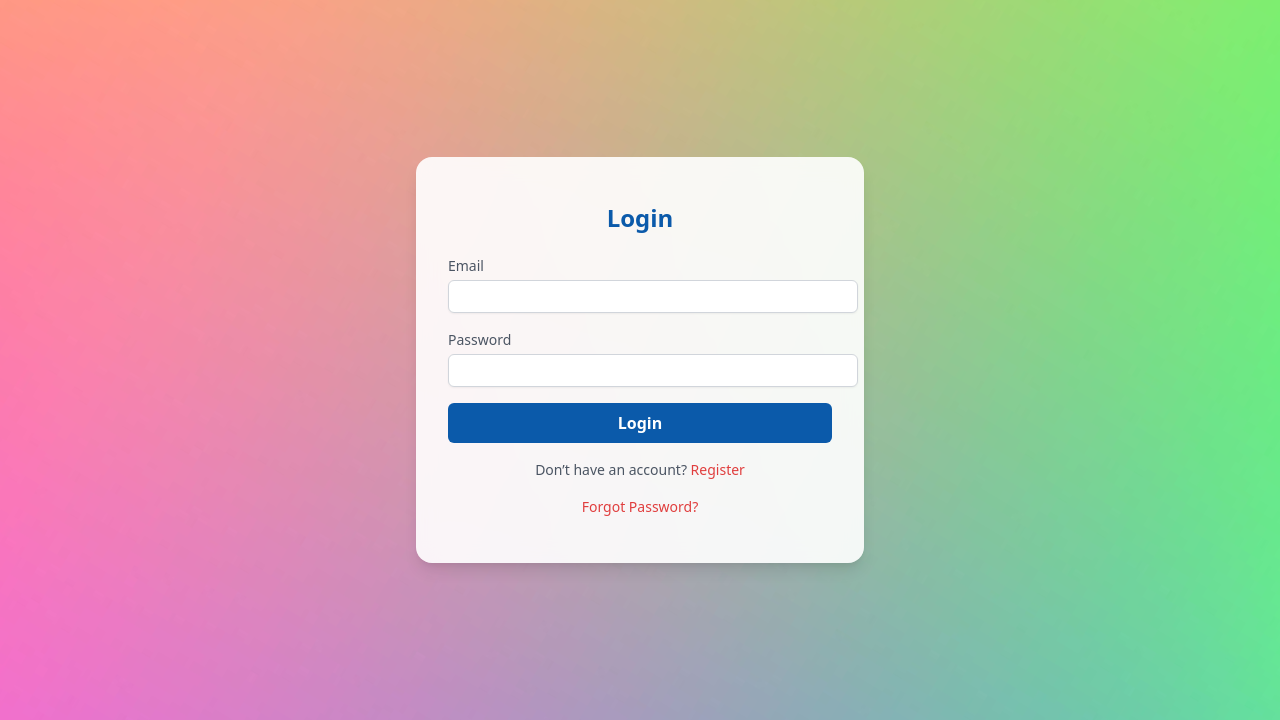
Repository: LoneHeroOne/SmartRecruit
Page: / (app in frontend/)
The author's editor kept a copy of each file at every save. The page is drawn from the files as they stood at one save, then again after the next save.
The browser window is 1280 px wide. The pictures show the whole page.
The project was rebuilt for these pictures with package versions that can differ from the ones it lists, and the page was loaded fresh each time. Also part of the build but not shown: frontend/vite.config.ts, frontend/src/Pages/Register.tsx, frontend/src/Pages/ForgotPassword.tsx.

Above is the page before, as saved 2025-09-30 18:21:45.

### frontend/src/App.tsx
import { BrowserRouter, Routes, Route } from 'react-router-dom'
import Login from './Pages/Login'
import Register from './Pages/Register'
import ForgotPassword from './Pages/ForgotPassword'

function App() {
  return (
    <BrowserRouter>
      <Routes>
        <Route path="/" element={<Login />} />
        <Route path="/register" element={<Register />} />
        <Route path="/forgot-password" element={<ForgotPassword />} />
        <Route path="/internships" element={<div>Internships Page</div>} />
      </Routes>
    </BrowserRouter>
  )
}

export default App

### frontend/src/Pages/Login.tsx
import { useState } from "react";
import { useNavigate } from "react-router-dom";
import BackgroundAnimation from "../components/common/BackgroundAnimation";
import {login} from "../Services/authService";
import "./Login.css";

export default function Login() {
  const navigate = useNavigate();
  const [form, setForm] = useState({ email: "", password: "" });
  const [loading, setLoading] = useState(false);
  const [error, setError] = useState("");

  const handleChange = (e: React.ChangeEvent<HTMLInputElement>) => {
    setForm({ ...form, [e.target.name]: e.target.value });
  };

  const handleSubmit = async (e: React.FormEvent<HTMLFormElement>) => {
    e.preventDefault();
    setError("");
    setLoading(true);

    try {
      const res = await login(form);
      localStorage.setItem("token", res.data.access_token);
      navigate("/internships"); // redirect after login
    } catch (err) {
      setError("Invalid email or password");
    } finally {
      setLoading(false);
    }
  };

  return (
    <div className="login-container">
      <BackgroundAnimation />
      <div className="login-card">
        <h1 className="login-title">
          Login
        </h1>

        {error && (
          <div className="error-message">{error}</div>
        )}

        <form onSubmit={handleSubmit} className="login-form">
          {/* Email */}
          <div>
            <label
              htmlFor="email"
              className="form-label"
            >
              Email
            </label>
            <input
              type="email"
              name="email"
              value={form.email}
              onChange={handleChange}
              required
              className="form-input"
            />
          </div>

          {/* Password */}
          <div>
            <label
              htmlFor="password"
              className="form-label"
            >
              Password
            </label>
            <input
              type="password"
              name="password"
              value={form.password}
              onChange={handleChange}
              required
              className="form-input"
            />
          </div>

          {/* Submit */}
          <button
            type="submit"
            disabled={loading}
            className="submit-button"
          >
            {loading ? "Logging in..." : "Login"}
          </button>
        </form>

        <p className="register-prompt">
          Don’t have an account?{" "}
          <a
            href="/register"
            className="register-link"
          >
            Register
          </a>
        </p>

        <p className="register-prompt">
          <a
            href="/forgot-password"
            className="register-link"
          >
            Forgot Password?
          </a>
        </p>

      </div>
    </div>
  );
}

### frontend/src/components/common/BackgroundAnimation.tsx
// src/components/common/LottieBackground.tsx
import { useEffect, useRef } from "react";
import lottie, { AnimationItem } from "lottie-web";
import "./BackgroundAnimation.css";

type BackgroundAnimationProps = {
  /** Path to the Lottie JSON. Defaults to /animations/bg.json */
  src?: string;
  /** Optional: slow down animation (1 = normal). Defaults to 1. */
  speed?: number;
  /** Optional: extra class for custom theming */
  className?: string;
};

export default function BackgroundAnimation({
  src = "/animations/bg.json",
  speed = 1,
  className = "",
}: BackgroundAnimationProps) {
  const containerRef = useRef<HTMLDivElement | null>(null);

  useEffect(() => {
    const prefersReduced =
      typeof window !== "undefined" &&
      window.matchMedia &&
      window.matchMedia("(prefers-reduced-motion: reduce)").matches;

    let anim: AnimationItem | null = null;

    if (containerRef.current) {
      anim = lottie.loadAnimation({
        container: containerRef.current,
        renderer: "svg",
        loop: true,
        autoplay: !prefersReduced,
        path: src, // served from public/
        rendererSettings: {
          preserveAspectRatio: "xMidYMid slice",
          progressiveLoad: true,
          hideOnTransparent: true,
        },
      });

      anim.setSpeed(Math.max(0.1, speed));

      // Pause when tab is not visible to save CPU
      const onVisibility = () => {
        if (!anim) return;
        if (document.hidden) anim.pause();
        else if (!prefersReduced) anim.play();
      };
      document.addEventListener("visibilitychange", onVisibility);

      // If reduced motion, stop at first frame
      if (prefersReduced) {
        anim.addEventListener("DOMLoaded", () => {
          anim?.goToAndStop(0, true);
        });
      }

      return () => {
        document.removeEventListener("visibilitychange", onVisibility);
        anim?.destroy();
      };
    }
  }, [src, speed]);

  return <div className={`lottie-bg ${className}`} aria-hidden="true" ref={containerRef} />;
}

### frontend/src/Services/authService.ts
import api from "./apiClient";

interface LoginData {
  email: string;
  password?: string;
}

interface RegisterData extends LoginData {
  name: string;
}

interface LoginResponse {
  access_token: string;
  token_type: string;
}

export const register = (data: RegisterData) => api.post("/auth/register", data);
export const login = (data: LoginData) => api.post<LoginResponse>("/auth/login", data);
export const forgotPassword = (data: { email: string }) => api.post("/auth/forgot-password", data);
export const getMe = () => api.get("/users/me");

### frontend/src/Pages/Login.css

.login-container {
  position: relative;
  display: flex;
  align-items: center;
  justify-content: center;
  min-height: 100vh;
  overflow: hidden;
}

.login-card {
  background-color: rgba(255, 255, 255, 0.9);
  backdrop-filter: blur(10px);
  padding: 2rem;
  border-radius: 1rem;
  box-shadow: 0 10px 15px -3px rgba(0, 0, 0, 0.1), 0 4px 6px -2px rgba(0, 0, 0, 0.05);
  width: 24rem;
  z-index: 10;
}

.login-title {
  font-size: 1.5rem;
  font-weight: 700;
  margin-bottom: 1.5rem;
  text-align: center;
  color: #0B5AAA;
}

.error-message {
  margin-bottom: 1rem;
  color: #DC2626;
  font-size: 0.875rem;
  text-align: center;
}

.login-form {
  display: flex;
  flex-direction: column;
  gap: 1rem;
}

.form-label {
  display: block;
  font-size: 0.875rem;
  font-weight: 500;
  color: #4B5563;
  margin-bottom: 0.25rem;
}

.form-input {
  width: 100%;
  padding: 0.5rem 0.75rem;
  border: 1px solid #D1D5DB;
  border-radius: 0.375rem;
  box-shadow: 0 1px 2px 0 rgba(0, 0, 0, 0.05);
}

.form-input:focus {
  outline: none;
  box-shadow: 0 0 0 2px #0B5AAA;
}

.submit-button {
  width: 100%;
  background-color: #0B5AAA;
  color: white;
  padding: 0.5rem;
  border-radius: 0.375rem;
  font-weight: 600;
  transition: background-color 0.2s;
}

.submit-button:hover {
  background-color: #094681;
}

.register-prompt {
  margin-top: 1rem;
  text-align: center;
  font-size: 0.875rem;
  color: #4B5563;
}

.register-link {
  color: #E03E3E;
  font-weight: 500;
}

.register-link:hover {
  text-decoration: underline;
}

### frontend/src/Pages/ForgotPassword.css
.forgot-ct {
  position: relative;
  display: flex;
  align-items: center;
  justify-content: center;
  min-height: 100vh;
  overflow: hidden;
}

.forgot-card {
  background-color: rgba(255, 255, 255, 0.9);
  backdrop-filter: blur(10px);
  padding: 2rem;
  border-radius: 1rem;
  box-shadow: 0 10px 15px -3px rgba(0, 0, 0, 0.1), 0 4px 6px -2px rgba(0, 0, 0, 0.05);
  width: 24rem;
  z-index: 10;
}

.forgot-title {
  font-size: 1.5rem;
  font-weight: 700;
  margin-bottom: 1.5rem;
  text-align: center;
  color: #0B5AAA;
}

.error-msg {
  margin-bottom: 1rem;
  color: #DC2626;
  font-size: 0.875rem;
  text-align: center;
}

.success-msg {
  margin-bottom: 1rem;
  color: #16A34A;
  font-size: 0.875rem;
  text-align: center;
}

.forgot-form {
  display: flex;
  flex-direction: column;
  gap: 1rem;
}

.form-label {
  display: block;
  font-size: 0.875rem;
  font-weight: 500;
  color: #4B5563;
  margin-bottom: 0.25rem;
}

.form-input {
  width: 100%;
  padding: 0.5rem 0.75rem;
  border: 1px solid #D1D5DB;
  border-radius: 0.375rem;
  box-shadow: 0 1px 2px 0 rgba(0, 0, 0, 0.05);
}

.form-input:focus {
  outline: none;
  box-shadow: 0 0 0 2px #0B5AAA;
}

.submit-btn {
  width: 100%;
  background-color: #0B5AAA;
  color: white;
  padding: 0.5rem;
  border-radius: 0.375rem;
  font-weight: 600;
  transition: background-color 0.2s;
}

.submit-btn:hover {
  background-color: #094681;
}

.back-prompt {
  margin-top: 1rem;
  text-align: center;
  font-size: 0.875rem;
  color: #4B5563;
}

.back-link {
  color: #0B5AAA;
  font-weight: 500;
  border: none;
  background: none;
  cursor: pointer;
}

.back-link:hover {
  text-decoration: underline;
}

### frontend/src/components/common/BackgroundAnimation.css
/* src/components/common/BackgroundAnimation.css */
.lottie-bg {
  position: fixed;
  inset: 0;
  z-index: 0;               /* keep it behind your cards/forms */
  pointer-events: none;
  overflow: hidden;
}

/* Optional fallback background if JSON fails to load */
.lottie-bg {
  background: linear-gradient(135deg,
    var(--tt-blue, #0072bc),
    var(--tt-purple, #6a1b9a),
    var(--tt-magenta, #d81b60),
    var(--tt-green, #43a047),
    var(--tt-yellow, #f6c000)
  );
  background-size: 200% 200%;
  animation: bgShift 28s ease infinite;
}

@keyframes bgShift {
  0%   { background-position: 0% 50%; }
  50%  { background-position: 100% 50%; }
  100% { background-position: 0% 50%; }
}

/* Respect reduced motion: pause gradient animation too */
@media (prefers-reduced-motion: reduce) {
  .lottie-bg {
    animation: none;
  }
}

### frontend/src/Services/apiClient.js
import axios from "axios";

const api = axios.create({
  baseURL: "http://localhost:8000", // change to deployed FastAPI backend
});

api.interceptors.request.use((config) => {
  const token = localStorage.getItem("token");
  if (token) config.headers.Authorization = `Bearer ${token}`;
  return config;
});

export default api;

### frontend/public/animations/Bg.json
{"v":"5.9.0","fr":60,"ip":0,"op":301,"w":1000,"h":1000,"nm":"Background","ddd":0,"assets":[{"id":"image_0","w":2000,"h":2000,"u":"","p":"data:[embedded picture, 203615 characters]","e":1}],"layers":[{"ddd":0,"ind":1,"ty":2,"nm":"Layer 1","refId":"image_0","sr":1,"ks":{"o":{"a":0,"k":100,"ix":11},"r":{"a":1,"k":[{"i":{"x":[0.833],"y":[0.833]},"o":{"x":[0.167],"y":[0.167]},"t":0,"s":[0]},{"t":300,"s":[360]}],"ix":10},"p":{"a":1,"k":[{"i":{"x":0.833,"y":0.833},"o":{"x":0.167,"y":0.167},"t":0,"s":[500,500,0],"to":[0,60,0],"ti":[0,-13.333,0]},{"i":{"x":0.833,"y":0.833},"o":{"x":0.167,"y":0.167},"t":60,"s":[500,860,0],"to":[0,13.333,0],"ti":[0,86.667,0]},{"i":{"x":0.833,"y":0.833},"o":{"x":0.167,"y":0.167},"t":120,"s":[500,580,0],"to":[0,-86.667,0],"ti":[0,20,0]},{"i":{"x":0.833,"y":0.833},"o":{"x":0.167,"y":0.167},"t":180,"s":[500,340,0],"to":[0,-20,0],"ti":[0,-26.667,0]},{"i":{"x":0.833,"y":0.833},"o":{"x":0.167,"y":0.167},"t":240,"s":[500,460,0],"to":[0,26.667,0],"ti":[0,-6.667,0]},{"t":300,"s":[500,500,0]}],"ix":2,"l":2},"a":{"a":0,"k":[1000,1000,0],"ix":1,"l":2},"s":{"a":0,"k":[100,100,100],"ix":6,"l":2}},"ao":0,"ip":0,"op":600,"st":0,"bm":0}],"markers":[]}

Loaded but not shown: frontend/index.html (common file); frontend/src/main.tsx (common file); frontend/src/index.css (common file)

After the next save:
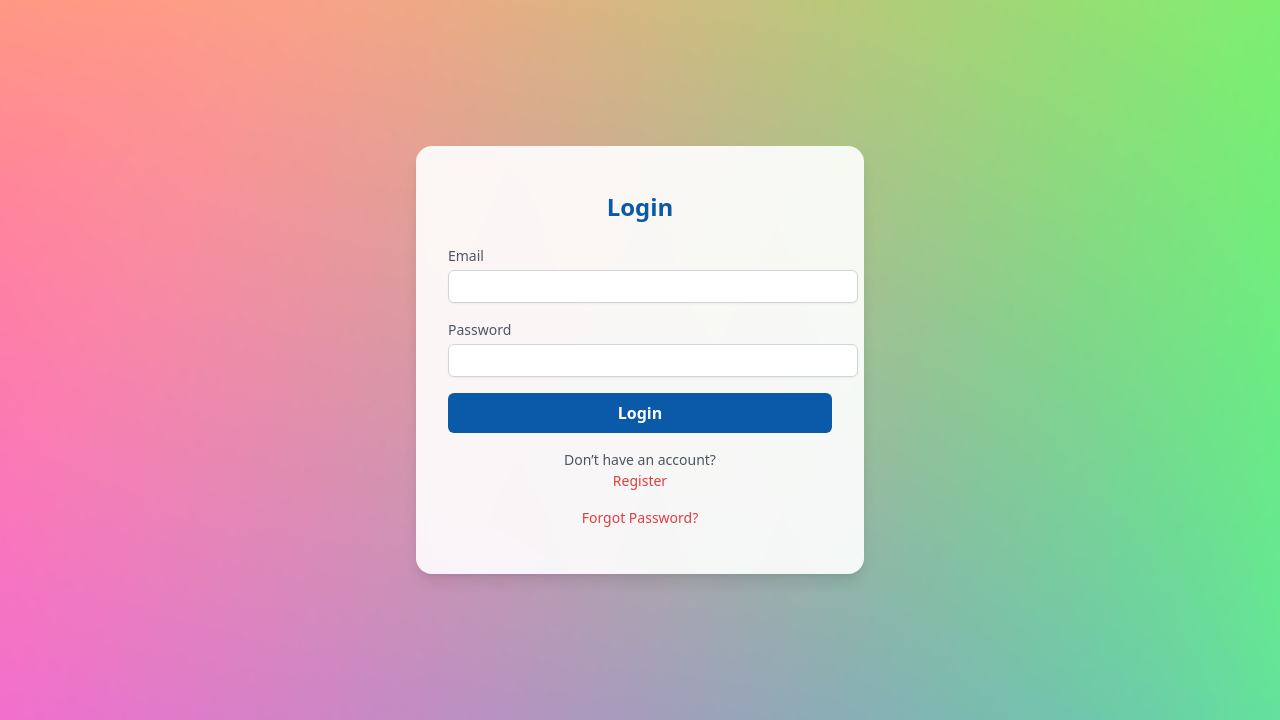
Saved 14 s later.
--- a/frontend/src/Pages/Login.css
+++ b/frontend/src/Pages/Login.css
@@ -84,6 +84,8 @@
 .register-link {
   color: #E03E3E;
   font-weight: 500;
+  display: block;
+  text-align: center;
 }
 
 .register-link:hover {
